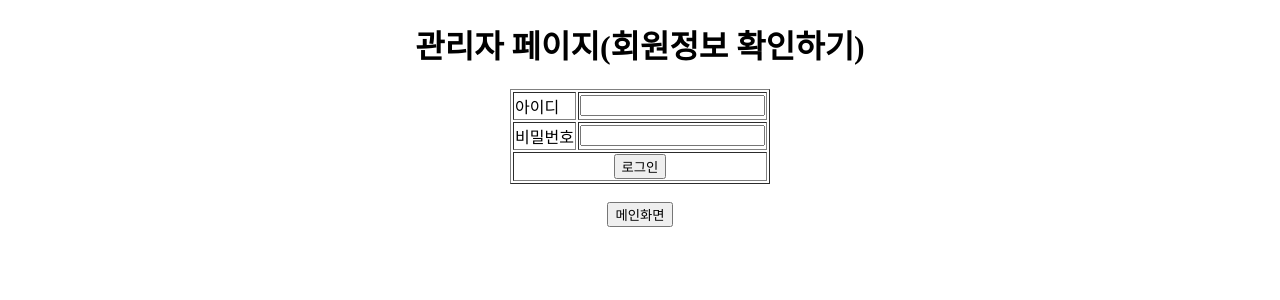
Repository: BEOMJINI/greenJsp
Page: http://localhost/basic/02.22/로그인구현실습/01_12_adminUserList.jsp
These files come from the project's save history. The page is drawn as it stood at one moment and after the next save; the edit follows.
The browser window is 1280 px wide. The pictures show the whole page.
The page is served by Tomcat 9. Other server files are loaded and not shown.

Above is the page before, as saved 2023-02-22 03:28:13.

### jspWorkspace/basic/src/main/webapp/02.22/로그인구현실습/01_12_adminUserList.jsp
<%@ page language="java" contentType="text/html; charset=UTF-8"
    pageEncoding="UTF-8"%>
<!DOCTYPE html>
<html>
<head>
<meta charset="UTF-8">
<title>Insert title here</title>
</head>
<body>
<div align="center">
		<h1>관리자 페이지(회원정보 확인하기)</h1>
		<form method="post" action="03_22_loginPro.jsp">
			<table border="1">
				<tr>
					<td>아이디</td>
					<td><input type="text" name="id"></td>
				</tr>
				<tr>
					<td>비밀번호</td>
					<td><input type="text" name="pw"></td>
				</tr>
				<tr>
				<td colspan="2" align="center">
				<button>로그인</button>
				</td>

				</tr>
			</table>
		</form>
		<br>
		<input type="button" value="메인화면" onclick="window.location.href='02_main.jsp'">
		<!--
		<a href="02_main.jsp"> 메인화면 </a>
		-->
	</div>
</body>
</html>

After the next save:
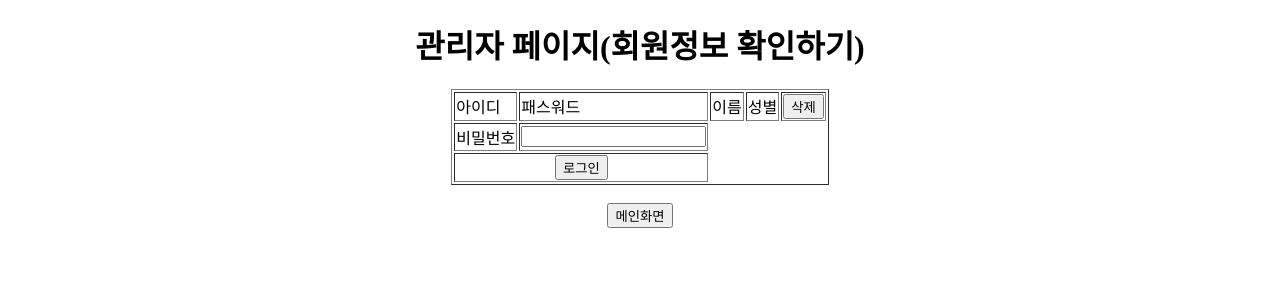
Saved 8 min 3 s later.
--- a/jspWorkspace/basic/src/main/webapp/02.22/로그인구현실습/01_12_adminUserList.jsp
+++ b/jspWorkspace/basic/src/main/webapp/02.22/로그인구현실습/01_12_adminUserList.jsp
@@ -9,11 +9,14 @@
 <body>
 <div align="center">
 		<h1>관리자 페이지(회원정보 확인하기)</h1>
-		<form method="post" action="03_22_loginPro.jsp">
+		<form method="post" action="01_13_adminUserDelete.jsp">
 			<table border="1">
 				<tr>
 					<td>아이디</td>
-					<td><input type="text" name="id"></td>
+					<td>패스워드</td>
+					<td>이름</td>
+					<td>성별</td>
+					<td><button>삭제</button></td>
 				</tr>
 				<tr>
 					<td>비밀번호</td>
